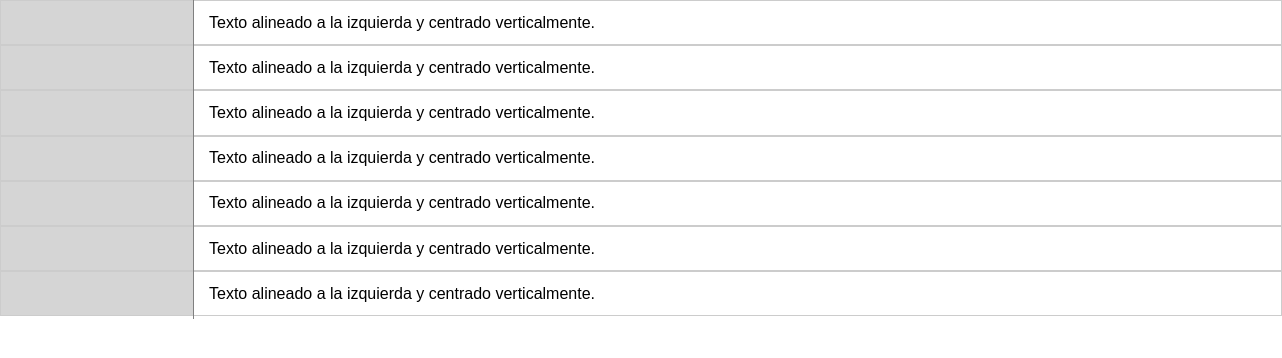
Repository: aCoupon0/intranet
Page: 1/gasto.html
The author's editor kept a copy of each file at every save. The page is drawn from the files as they stood at one save, then again after the next save.
The browser window is 1280 px wide. The page is 1282 px wide, so the pictures cover 1282 px, including what lies to the right of the window. The pictures show the whole page.

Above is the page before, as saved 2024-12-11 11:18:08.

After the next save:
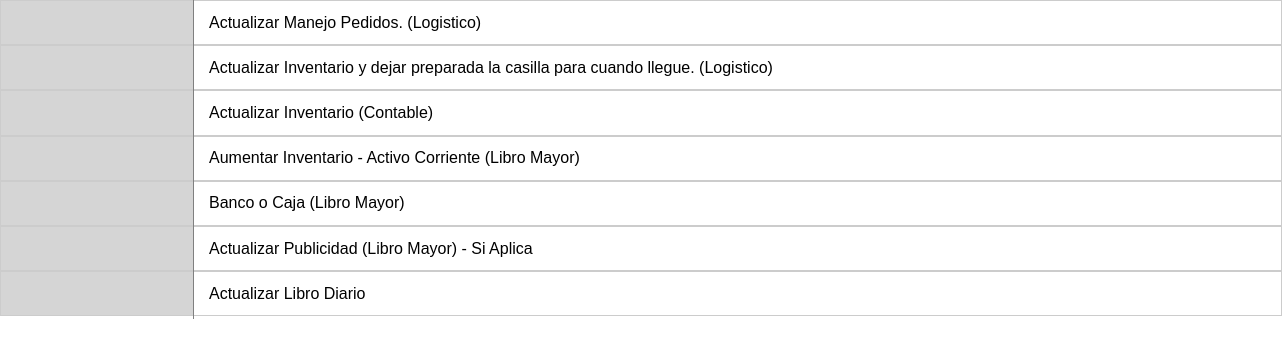
Saved 3 min 34 s later.
--- a/1/gasto.html
+++ b/1/gasto.html
@@ -11,43 +11,43 @@
     <div class="container">
         <div class="checkbox" onclick="toggleCheckbox(this)"></div>
         <div class="text-container">
-            <p>Texto alineado a la izquierda y centrado verticalmente.</p>
+            <p>Actualizar Manejo Pedidos. (Logistico)</p>
         </div>
     </div>
     <div class="container">
         <div class="checkbox" onclick="toggleCheckbox(this)"></div>
         <div class="text-container">
-            <p>Texto alineado a la izquierda y centrado verticalmente.</p>
+            <p>Actualizar Inventario y dejar preparada la casilla para cuando llegue. (Logistico)</p>
         </div>
     </div>
     <div class="container">
         <div class="checkbox" onclick="toggleCheckbox(this)"></div>
         <div class="text-container">
-            <p>Texto alineado a la izquierda y centrado verticalmente.</p>
+            <p>Actualizar Inventario (Contable)</p>
         </div>
     </div>
     <div class="container">
         <div class="checkbox" onclick="toggleCheckbox(this)"></div>
         <div class="text-container">
-            <p>Texto alineado a la izquierda y centrado verticalmente.</p>
+            <p>Aumentar Inventario - Activo Corriente (Libro Mayor)</p>
         </div>
     </div>
     <div class="container">
         <div class="checkbox" onclick="toggleCheckbox(this)"></div>
         <div class="text-container">
-            <p>Texto alineado a la izquierda y centrado verticalmente.</p>
+            <p>Banco o Caja (Libro Mayor)</p>
         </div>
     </div>
     <div class="container">
         <div class="checkbox" onclick="toggleCheckbox(this)"></div>
         <div class="text-container">
-            <p>Texto alineado a la izquierda y centrado verticalmente.</p>
+            <p>Actualizar Publicidad (Libro Mayor) - Si Aplica</p>
         </div>
     </div>
     <div class="container">
         <div class="checkbox" onclick="toggleCheckbox(this)"></div>
         <div class="text-container">
-            <p>Texto alineado a la izquierda y centrado verticalmente.</p>
+            <p>Actualizar Libro Diario</p>
         </div>
     </div>
 
